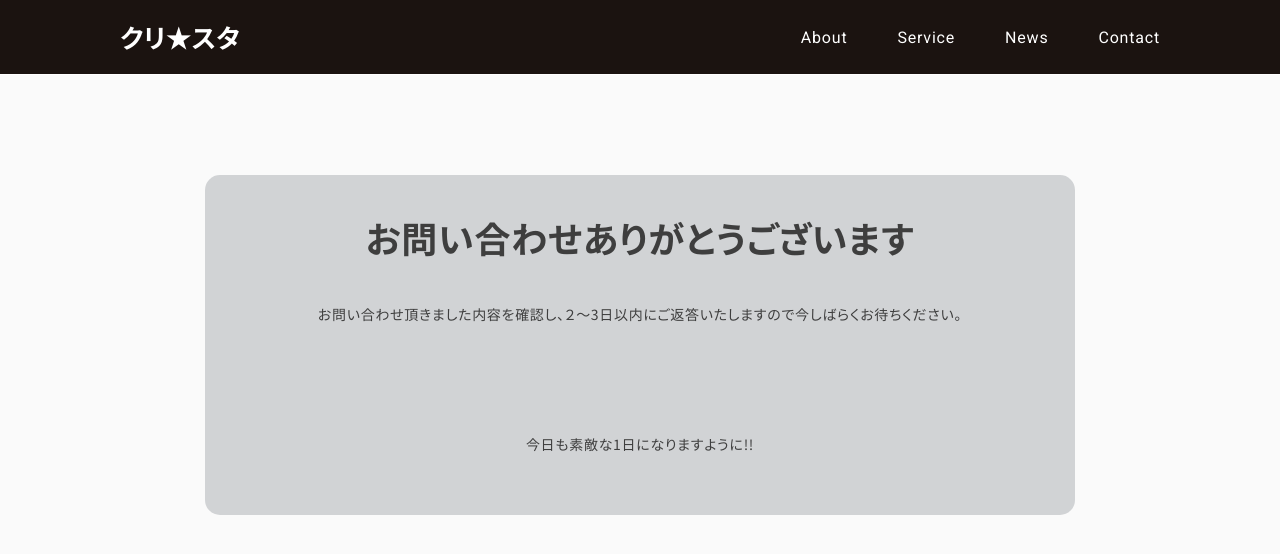
Repository: hatarakimono-kumasan/kurisuta_1st
Page: contact_success.html
An editor plug-in stored every save of this project. The page is shown before and after the next save, followed by the edit.
The browser window is 1280 px wide. The pictures show the whole page.
Some web libraries are served in a nearby version. The style sheet was rebuilt from its Sass, Less or Tailwind sources for each picture, by a compiler version that may differ from the author's.

Above is the page before, as saved 2020-05-18 15:59:57.

### contact_success.html
<!DOCTYPE html>
<html lang="ja">
	<head>
		<meta charset="UTF-8" />
		<meta name="viewport" content="width=device-width, initial-scale=1.0" />
		<meta http-equiv="X-UA-Compatible" content="ie=edge" />
		<title>Cresta.design</title>
		<meta name="keywords" content="カンマ区切りで10個以内推奨" />
		<meta name="description" content="120文字以内" />
		<meta property="og:title" content="このページのタイトル" />
		<meta property="og:type" content="TOPページはwebsite、子ページはarticle" />
		<meta property="og:url" content="このページのURL" />
		<meta property="og:image" content="1200×630以上推奨、絶対パスで指定" />
		<meta property="og:site_name" content="サイト名" />
		<meta property="og:description" content="80〜90文字推奨" />
		<meta name="twitter:card" content="summary or summary_large_image" />
		<meta name="twitter:site" content="@ユーザー名" />
		<meta name="format-detection" content="telephone=no" />
		<!-- <link rel="shortcut icon" sizes="16x16" href="ファビコン" />
	<link rel="apple-touch-icon" sizes="192x192" href="タッチアイコン" />
	<link rel="shortcut icon" sizes="192x192" href="タッチアイコン" /> -->
		<meta name="last-modified" content="Sun, 29 Dec 2019 20:30:30 GMT" />
		<link
			href="https://use.fontawesome.com/releases/v5.6.1/css/all.css"
			rel="stylesheet"
		/>
		<link rel="stylesheet" href="style.css" />
		<script
			src="https://code.jquery.com/jquery-3.4.1.min.js"
			integrity="sha256-CSXorXvZcTkaix6Yvo6HppcZGetbYMGWSFlBw8HfCJo="
			crossorigin="anonymous"
		></script>
	</head>
	<body>
		<!-- header -->
		<header class="header">
			<h1 class="site-title"><a href="./">クリ★スタ</a></h1>
			<div class="nav-wrapper">
				<nav class="header-nav">
					<ul class="nav-list" lang="en">
						<li class="nav-contact_item"><a href="#about">About</a></li>
						<li class="nav-contact_item"><a href="#service">Service</a></li>
						<li class="nav-contact_item"><a href="#news">News</a></li>
						<li class="nav-contact_item"><a href="#contact">Contact</a></li>
					</ul>
				</nav>
			</div>
			<button class="burger-btn">
				<span class="bars">
					<span class="bar bar_top"></span>
					<span class="bar bar_mid"></span>
					<span class="bar bar_bottom"></span>
				</span>
			</button>
		</header>
		<!-- //header -->

		<div class="content_box">
			<h2 class="content">お問い合わせありがとうございます</h2>
			<p>
				お問い合わせ頂きました内容を確認し、２～3日以内にご返答いたしますので今しばらくお待ちください。
			</p>
			<p>今日も素敵な1日になりますように!!</p>
		</div>
		<script src="drawer.js"></script>
	</body>
</html>

### drawer.js
$(".burger-btn").on("click", function () {
	//.btn_triggerをクリックすると
	$(".burger-btn").toggleClass("close"); //.btn_triggerにcloseクラスを付与(ボタンのアニメーション)
	$(".nav-wrapper").fadeToggle(500); //.nav-wrapperが0.5秒でフェードイン(メニューのフェードイン)
	$("body").toggleClass("noscroll"); //bodyにnoscrollクラスを付与(スクロールを固定)
});

if ($(window).width() < 768) {
	//デバイスの幅が768以下のとき
	$(".nav-item>a").on("click", function () {
		//.nav-item>aをクリックすると
		$(".nav-wrapper").fadeOut(500); //.nav-wrapperが0.5秒でフェードアウト(メニューのフェードアウト)
		$(".burger-btn").removeClass("close"); //.btn_triggerのcloseクラスを削除
		$("body").removeClass("noscroll"); //bodyのnoscrollクラスを削除
	});
}

### style.scss
/* ======================================
Foundation
====================================== */

@import "scss/foundation/reset";
@import "scss/foundation/mixin";
@import "scss/foundation/settings";
@import "scss/foundation/base";

/* ======================================
Layout
====================================== */

@import "scss/layout/header";
// @import 'layout/nav';
@import "scss/layout/main";
@import "scss/layout/footer";
@import "scss/layout/_contact_success";

/* ======================================
Object
====================================== */

/**
Component
----------------------------------- */

// @import 'object/component/';

/**
Project
----------------------------------- */

// @import 'object/project/';

/**
Utility
----------------------------------- */
// @import 'object/utility/';

### scss/foundation/_reset.scss
html,
body,
div,
span,
object,
iframe,
h1,
h2,
h3,
h4,
h5,
h6,
p,
blockquote,
pre,
abbr,
address,
cite,
code,
del,
dfn,
em,
img,
ins,
kbd,
q,
samp,
small,
strong,
sub,
sup,
var,
b,
i,
dl,
dt,
dd,
ol,
ul,
li,
fieldset,
form,
label,
legend,
table,
caption,
tbody,
tfoot,
thead,
tr,
th,
td,
article,
aside,
canvas,
details,
figcaption,
figure,
footer,
header,
hgroup,
menu,
nav,
section,
summary,
time,
mark,
audio,
video {
	margin: 0;
	padding: 0;
	border: 0;
	outline: 0;
	font-size: 100%;
	vertical-align: baseline;
	background: transparent;
}
body {
	line-height: 1;
}
article,
aside,
details,
figcaption,
figure,
footer,
header,
hgroup,
menu,
nav,
section,
main {
	display: block;
}
ol,
ul {
	list-style: none;
}
blockquote,
q {
	quotes: none;
}
blockquote:before,
blockquote:after,
q:before,
q:after {
	content: "";
	content: none;
}
a {
	margin: 0;
	padding: 0;
	font-size: 100%;
	vertical-align: baseline;
	background: transparent;
}
ins {
	background-color: #ff9;
	color: #333;
	text-decoration: none;
}
mark {
	background-color: #ff9;
	color: #333;
	font-style: italic;
	font-weight: bold;
}
del {
	text-decoration: line-through;
}
abbr[title],
dfn[title] {
	border-bottom: 1px dotted;
	cursor: help;
}
table {
	border-collapse: collapse;
	border-spacing: 0;
}
hr {
	display: block;
	height: 1px;
	border: 0;
	border-top: 1px solid #cccccc;
	margin: 1em 0;
	padding: 0;
}
input,
select {
	vertical-align: middle;
}

### scss/foundation/_mixin.scss
/*==============================================================================
mixin (mobile to pc)
===============================================================================*/

$tab: 768px;
$lap: 1024px;
$pc: 1200px;

@mixin tab {
	@media screen and (min-width: ($tab)) {
		@content;
	}
}

@mixin lap {
	@media screen and (min-width: ($lap)) {
		@content;
	}
}

@mixin pc {
	@media screen and (min-width: ($pc)) {
		@content;
	}
}

//使用法
//@include tab{}で呼び出す

/*==============================================================================
トラッキング(letter-spacing)のmixin
==============================================================================*/
@mixin tracking($tracking) {
	letter-spacing: ($tracking / 1000) + em;
}

// 使用法
//   p {
//    @include tracking(16);
//   }

### scss/foundation/_settings.scss
/*
font
------------------------------------------*/
@import url("https://fonts.googleapis.com/css2?family=Roboto:wght@400;700&display=swap");
@import url("https://fonts.googleapis.com/css2?family=Noto+Sans+JP:wght@700&display=swap");
body {
	font-family: Roboto, "Noto Sans JP", 游ゴシック, "Yu Gothic", 游ゴシック体,
		YuGothic, "ヒラギノ角ゴ Pro W3", "Hiragino Kaku Gothic Pro", "Meiryo UI",
		メイリオ, Meiryo, sans-serif;
	font-size: medium;
	letter-spacing: 0.05em;
	word-break: break-all;
}
h1,
h2,
h3,
h4,
h5,
strong {
	font-weight: bold;
}
/*和文と英文でfontを分ける
-----------------------------------------------------------------*/
/*(和文)*/
:lang(ja) {
	font-family: "Noto Sans JP", sans-serif, "Font Awesome 5 Brands";
}
/*（英文）*/
:lang(en) {
	font-family: Roboto, sans-serif;
}

/*フォントサイズ
https://websemantics.uk/tools/responsive-font-calculator/
-------------------------------------------------*/
html {
	font-size: 62.5%;
}
body {
	font-size: 1.6rem; /* 16px*/
	color: #3e3e3e;
}
h1 {
	font-size: 26px; /* IE8以下とAndroid4.3以下用フォールバック */
	font-size: 2.6rem;
	line-height: calc(24 / 36);
	font-family: Roboto;
}
h2 {
	font-size: 36px; /* IE8以下とAndroid4.3以下用フォールバック */
	font-size: 3.6rem;
	line-height: calc(24 / 36);
	text-align: center;
}
h3 {
	font-size: 20px; /* IE8以下とAndroid4.3以下用フォールバック */
	font-size: 2rem;
	line-height: calc(40 / 20);
}
p {
	font-size: 14px; /* IE8以下とAndroid4.3以下用フォールバック */
	font-size: 1.4rem;
	line-height: calc(30 / 14);
	@include tracking(50);
}

### scss/foundation/_base.scss
/*==============================================================================
Base
============================================================================== */
html {
	box-sizing: border-box;
	height: 100%;
}
body {
	height: 100%;
	font-feature-settings: "palt";
	background-color: #fafafa;
}
img {
	width: 100%;
	height: auto;
	vertical-align: bottom;
}
a {
	color: inherit;
	text-decoration: none;
	color: #fff;
}
input,
textarea {
	font-family: inherit;
	font-size: 100%;
}

### scss/layout/_header.scss
/*============================================================================== header
============================================================================== */
.header {
	background-color: #1b1310;
	color: #fff;
	height: 74px;
	display: flex;
	justify-content: space-between;
	align-items: center;
	padding: 0 120px;
	border-bottom: 1px solid #fff;
}
.nav-list {
	display: flex;
}
.nav-item {
	margin-right: 55px;
}
/*.burger-btn {
	display: none;
}*/

/* ===========================================================================
humberger-menu
================================================================================*/
.header {
	padding: 0 5%;

	.burger-btn {
		display: block;
		width: 39px;
		height: 39px;
		position: relative;
		z-index: 3;
		/*   codepenの挙動のため */
		background-color: transparent;
		border: none;
		.bar {
			width: 20px;
			height: 1px;
			display: block;
			position: absolute;
			left: 50%;
			transform: translateX(-50%);
			background-color: #fff;
		}
		.bar_top {
			top: 10px;
		}
		.bar_mid {
			top: 50%;
			transform: translate(-50%, -50%);
		}
		.bar_bottom {
			bottom: 10px;
		}
	}
}
.burger-btn.close .bar_top {
	transform: translate(-50%, 10px) rotate(45deg);
	transition: transform 0.3s;
}
.burger-btn.close .bar_mid {
	opacity: 0;
	transition: opacity 0.3s;
}
.burger-btn.close .bar_bottom {
	transform: translate(-50%, -8px) rotate(-45deg);
	transition: transform 0.3s;
}
.nav-wrapper {
	display: none;
	width: 100vw;
	height: 100vh;
	position: fixed;
	top: 0;
	left: 0;
	z-index: 2; /*キービジュアルと.btn_triggerとの重なりの前後関係を調整*/
}
.header-nav {
	width: 100%;
	height: 100%;
	background-color: #1b1310;
	z-index: 2;
}
.header-nav .nav-list {
	display: block;
	position: absolute;
	top: 50%;
	left: 50%;
	transform: translate(-50%, -50%);
	text-align: center;
}
.header-nav .nav-item {
	margin-right: 0;
	margin-bottom: 40px;
}
.noscroll {
	overflow: hidden;
}

@include pc {
	.header {
		// width: 100%;
		padding: 0 120px;

		h1 {
			@include tracking(0);
			line-height: calc(30 / 26);
			width: 20%;
		}
		.nav-wrapper {
			width: 100%;
			height: 72px;
			display: block;
			z-index: inherit;
			position: inherit;

			.header-nav {
				z-index: inherit;

				.nav-list {
					position: inherit;
					text-align: inherit;
					transform: inherit;
					display: flex;
					justify-content: flex-end;
					line-height: 74px;

					.nav-contact_item {
						margin-right: 5rem;
						text-align: center;

						&:nth-child(4) {
							margin-right: 0;
						}
					}
				}
			}
		}
		.burger-btn {
			z-index: inherit;
			display: none;
		}
	}
}

### scss/layout/_main.scss
/*=============================================================================
first view
================================================================================*/
.first_view {
	width: 100%;
	height: 90vh;
	position: relative;
	background: url("img/fv-bgi_sp@2x.jpg") no-repeat;
	min-width: 320px;
	max-width: 770px;
	background-size: cover;

	p {
		width: 300px;
		height: 100px;
		border: #fff 2px solid;
		color: #fff;
		position: absolute;
		transform: translateY(-50%);
		font-size: 3rem;
		top: 50%;
		left: 50%;
		text-align: center;
		transform: translate(-50%, -50%);
		line-height: 100px;
	}
}

/*=============================================================================
all
================================================================================*/
main {
	width: calc(100% - 30px);
	margin: auto;
	margin-top: 10rem;
}
.about,
.service,
.news,
.contact {
	width: 100%;
	margin-bottom: 15rem;
	h2 {
		margin-bottom: 7.3rem;
	}
	h3 {
		margin-bottom: 3.1rem;
	}
}

/*=============================================================================
about
================================================================================*/
.about p + p {
	margin-top: 3rem;
	background-color: #9da1f7;
	padding: 2rem;
}

/*=============================================================================
service
================================================================================*/
.service {
	img {
		margin: 4rem 0 5.1rem;
	}
}

/*=============================================================================
news
================================================================================*/
.news {
	.news_card_wrapper {
		.news_card {
			margin-bottom: 5rem;
			padding: 3.4rem;

			&:hover {
				background-color: #d0cfcf;
			}

			.card-content {
				border: 1px solid #707070;
				box-shadow: 0px 0px 7px 2px #707070;

				p {
					padding: 2.6rem 3.4rem;
					background: #fff;
				}
			}
		}
	}
}

/*=============================================================================
contact
================================================================================*/
.contact {
	margin-bottom: 0;

	form {
		.contact_item {
			display: flex;
			flex-direction: column;

			.label {
				height: 30px;
			}
			.inputs {
				margin-bottom: 22px;
				height: 30px;
			}
			textarea {
				width: 100%;
				height: 195px;
			}
		}
		.btn-area {
			text-align: center;
			margin: 5rem 0;

			input {
				width: 235px;
				height: 59px;
				border-radius: 30px;
				background-color: #1b1310;
				color: #fff;

				&:hover {
					background-color: #c1c3c6b3;
					color: #333;
				}
			}
		}
	}
}

@include tab {
	/*=============================================================================
first view
================================================================================*/
	.first_view {
		width: 100%;
		height: 90vh;
		position: relative;
		background: url("/img/fv-bgi@2x.jpg") no-repeat center;
		background-size: cover;
		max-width: 100%;
	}
	/*=============================================================================
all
================================================================================*/
	main {
		width: 80%;
	}

	/*=========================================================*=============================================================================
contact
================================================================================*/
	.contact form .contact_item .label {
		width: 100%;
		height: 30px;
	}
}

@include lap {
	/*============================================================================
news
================================================================================*/
	.news {
		&_card_wrapper {
			display: flex;
		}
		&_card {
			width: calc(100% / 3 - 20px);
		}
	}
}
@include pc {
	/*=============================================================================
first view
================================================================================*/
	.first_view {
		p {
			width: 449px;
			height: 136px;
			font-size: 5rem;
			line-height: 136px;
		}
	}

	/*=============================================================================
	all
	============================================================================*/
	main {
		// width: calc(100% - 410px);
		width: 1030px;
	}

	/*=============================================================================
service
================================================================================*/
	.service {
		&_box {
			display: flex;
			align-items: center;
			justify-content: space-between;

			&:nth-child(2n) {
				flex-direction: row-reverse;
			}

			&_item {
				width: 480px;
				margin-right: 7rem;

				h3 {
					word-break: keep-all;
					width: 27rem;
				}
			}
			img {
				width: 480px;
				height: 240px;
				margin-right: 7rem;
			}
		}
	}
	/*============================================================================
news
================================================================================*/
	.news {
		&:nth-child(3n) {
			margin-right: 0;
		}
	}

	/*============================================================================
contact
================================================================================*/
	.contact {
		width: 700px;
		margin: auto;
	}
}

### scss/layout/footer.scss
footer {
	background-color: #1b1310;
	position: relative;

	small {
		color: #fff;
		text-align: center;
		position: absolute;
		left: 50%;
	}
}

### scss/layout/_contact_success.scss
.content_box {
	background-color: #c1c3c6b3;
	padding: 5rem;
	width: 77rem;
	height: 24rem;
	margin: 10rem auto;
	border-radius: 15px;

	p {
		text-align: center;
		padding: 5rem;
	}
}

After the next save:
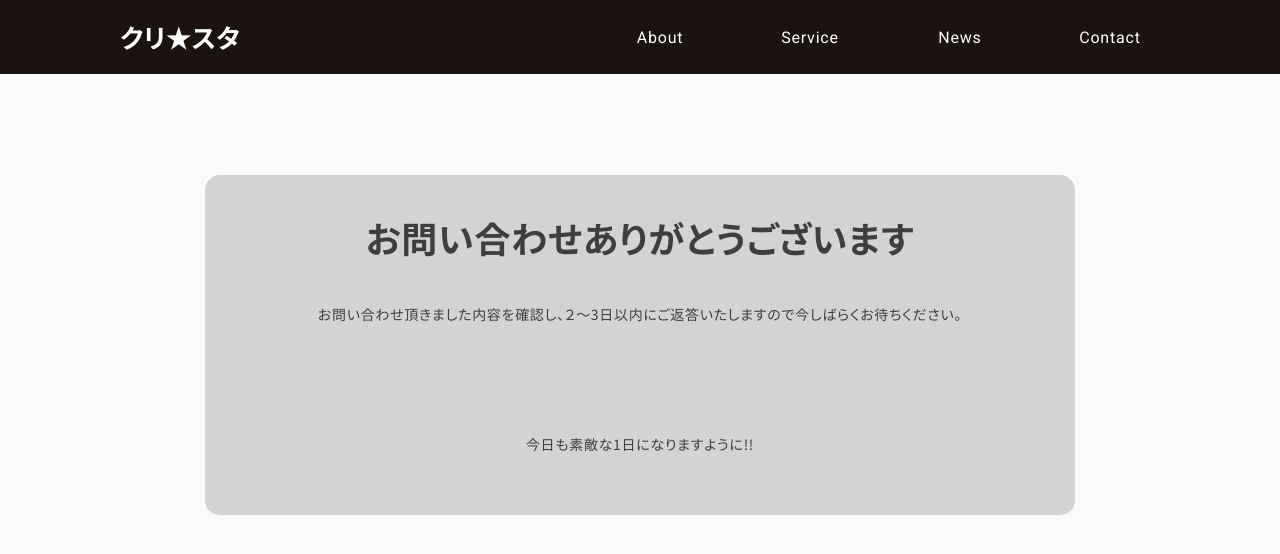
Saved 3 min 56 s later.
--- a/scss/layout/_header.scss
+++ b/scss/layout/_header.scss
@@ -98,6 +98,11 @@ humberger-menu
 .noscroll {
 	overflow: hidden;
 }
+/*header-navの中身
+----------------------------------------------------------------------*/
+.nav-contact_item {
+	width: 10rem;
+}
 
 @include pc {
 	.header {
